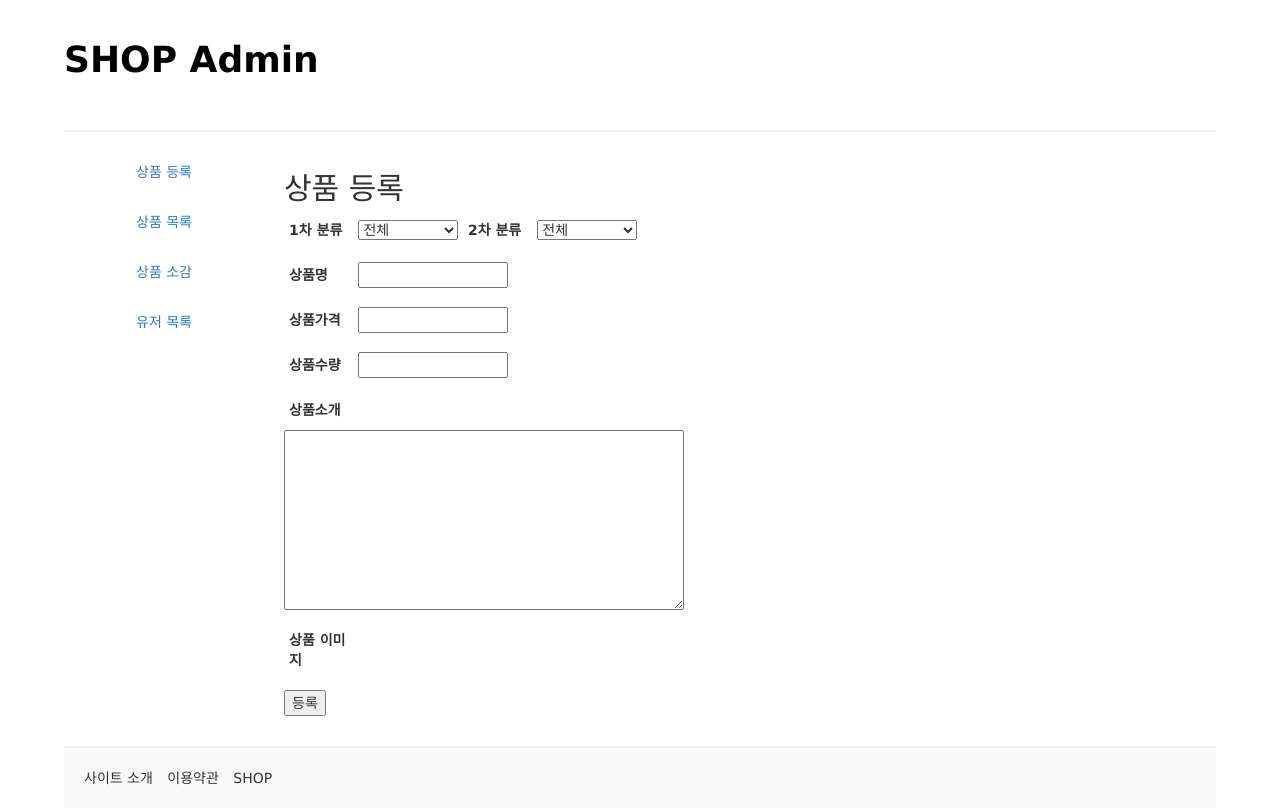
Repository: leesoonyong/shopping-mall
Page: http://localhost/shop/WEB-INF/views/admin/goods/register.jsp
An editor plug-in stored every save of this project. The page is shown before and after the next save, followed by the edit.
The browser window is 1280 px wide. The pictures show the whole page.
The page is served by Tomcat 9. Nobody is signed in. Other server files are loaded and not shown. The template is opened directly, without the code that normally fills it, so the values that code supplies are empty.

Above is the page before, as saved 2020-09-13 03:12:30.
Console error (its wording comes from the project's code and is left out).

### shop/src/main/webapp/WEB-INF/views/admin/goods/register.jsp
<%@ taglib uri="http://java.sun.com/jsp/jstl/core" prefix="c" %>
<%@ page language="java" contentType="text/html; charset=UTF-8" pageEncoding="UTF-8"%>
<!DOCTYPE html>
<html>
<head>
<meta charset="UTF-8">
<script src='https://code.jquery.com/jquery-3.3.1.min.js'></script>
<link rel="stylesheet" href="/resources/bootstrap/css/bootstrap.min.css">
<link rel="stylesheet" href="/resources/bootstrap/css/bootstrap-theme.min.css">
<script src="/resources/bootstrap/js/bootstrap.min.js"></script>
<script src="https://maxcdn.bootstrapcdn.com/bootstrap/3.3.2/js/bootstrap.min.js"></script>
<style>
body {
	font-family: '맑은 고딕', verdana;
	padding: 0;
	margin: 0;
}

ul {
	padding: 0;
	margin: 0;
	list-style: none;
}

div#root {
	width: 90%;
	margin: 0 auto;
}

header#header {
	font-size: 60px;
	padding: 20px 0;
}

header#header h1 a {
	color: #000;
	font-weight: bold;
}

nav#nav {
	padding: 10px;
	text-align: right;
}

nav#nav ul li {
	display: inline-block;
	margin-left: 10px;
}

section#container {
	padding: 20px 0;
	border-top: 2px solid #eee;
	border-bottom: 2px solid #eee;
}

section#container::after {
	content: "";
	display: block;
	clear: both;
}

aside {
	float: left;
	width: 200px;
}

div#container_box {
	float: right;
	width: calc(100% - 200px - 20px);
}

aside ul li {
	text-align: center;
	margin-bottom: 10px;
}

aside ul li a {
	display: block;
	width: 100%;
	padding: 10px 0;
	text-align: center;
	margin-bottom: 10px;
}

aside ul li a:hover {
	background: #eee;
}

footer#footer {
	background: #f9f9f9;
	padding: 20px;
}

footer#footer ul li {
	display: inline-block;
	margin-right: 10px;
}

.inputArea {
	margin: 10px 0;
}

select {
	width: 100px;
}

label {
	display: inline-block;
	width: 70px;
	padding: 5px;
}

label[for='gdsDes'] {
	display: block;
}

input {
	width: 150px;
}

textarea#gdsDes {
	width: 400px;
	height: 180px;
}
</style>
</head>
<body>
<div id="root">
	<header id="header">
		<div id="header_box">
			<%@ include file="../include/header.jsp" %>
		</div>
	</header>

	<nav id="nav">
		<div id="nav_box">
			<%@ include file="../include/nav.jsp" %>
		</div>
	</nav>

	<section id="container">
		<aside>
			<%@ include file="../include/aside.jsp" %>
		</aside>
		<div id="container_box">
			<h2>상품 등록</h2>
			<form method="post">
				<div class="inputArea">
					<label>1차 분류</label>
					<select class="category1">
						<option value="">전체</option>
					</select>

					<label>2차 분류</label>
					<select class="category2" name="cateCode">
						<option value="">전체</option>
					</select>
				</div>

				<div class="inputArea">
					<label for="gdsName">상품명</label>
					<input type="text" id="gdsName" name="gdsName"/>
				</div>
				<div class="inputArea">
					<label for="gdsPrice">상품가격</label>
					<input type="text" id="gdsPrice" name="gdsPrice"/>
				</div>
				<div class="inputArea">
					<label for="gdsStock">상품수량</label>
					<input type="text" id="gdsStock" name="gdsStock"/>
				</div>
				<div class="inputArea">
					<label for="gdsDes">상품소개</label>
					<textarea rows="5" cols="50" id="gdsDes" name="gdsDes"></textarea>
				</div>
				<div class="inputArea">
					<label for="gdsImg">상품 이미지</label>
				</div>
				<div class="inputArea">
					<button type="submit" id="register_Btn">등록</button>
				</div>
			</form>
		</div>
	</section>

	<footer id="footer">
		<div id="footer_box">
			<%@ include file="../include/footer.jsp" %>
		</div>
	</footer>
</div>
<script>
//컨트롤러에서 데이터 받기
var jsonData = JSON.parse('${category}');
console.log(jsonData);

var cate1Arr = new Array();
var cate10bj = new Object();


//1차 분류 셀렉트 박스에 삽입할 데이터
for(var i = 0; i< jsonData.length; i++){
	if(jsonData[i].level == "1"){
		cate10bj = new Object();
		cate10bj.cateCode = jsonData[i].cateCode;
		cate10bj.cateName = jsonData[i].cateName;
		cate1Arr.push(cate10bj);
	}
}
//1차 분류 셀렉트 박스에 데이터삽입
var cate1Select = $("select.category1")

for(var i = 0; i < cate1Arr.length; i++) {
 cate1Select.append("<option value='" + cate1Arr[i].cateCode + "'>"
      + cate1Arr[i].cateName + "</option>");
}

$(document).on("change","select.category1",function(){
	var cate2Arr = new Array();
	var cate2Obj = new Object();

	//2차 분류 셀렉트 박스에 삽입할 데이터 준비
	for(var i = 0; i < jsonData.length; i++){
		if(jsonData[i].level == "2"){
			cate2Obj = new Object();
			cate2Obj.cateCode = jsonData[i].cateCode;
			cate2Obj.cateName = jsonData[i].cateName;
			cate2Obj.cateCodeRef = jsonData[i].cateCodeRef;

			cate2Arr.push(cate2Obj);
		}
	}

	var cate2Select = $("select.category2")
	/*
	for(var i = 0; i < cate2Arr.length; i++){
		cate2Select.append("<option value='" + cate2Arr[i].cateCode + "'>"
							+ cate2Arr[i].cateName + "</option>");
	}
	*/
	cate2Select.children().remove();
	$("option:selected", this).each(function(){
		var selectVal = $(this).val();
		cate2Select.append("<option value='"+ selectVal +"'>전체</option>");

		for(var i = 0; i < cate2Arr.length; i++){
			if(selectVal == cate2Arr[i].cateCodeRef){
				cate2Select.append("<option value='" + cate2Arr[i].cateCode + "'>"
									+ cate2Arr[i].cateName + "</option>");
			}
		}
	})
});

</script>
</body>
</html>

### shop/src/main/webapp/WEB-INF/views/admin/include/header.jsp
<%@ taglib uri="http://java.sun.com/jsp/jstl/core" prefix="c" %>
<%@ page language="java" contentType="text/html; charset=UTF-8" pageEncoding="UTF-8"%>
<h1 class="title">
	<a href="/admin/index">SHOP Admin</a>
</h1>

### shop/src/main/webapp/WEB-INF/views/admin/include/nav.jsp
<%@ taglib uri="http://java.sun.com/jsp/jstl/core" prefix="c" %>
<%@ page language="java" contentType="text/html; charset=UTF-8" pageEncoding="UTF-8"%>
<ul>
<c:if test="${member != null}">
	<li>
		<a href="/">일반화면</a>
	</li>
	<li>
		<a href="/member/signOut">로그아웃</a>
	</li>
</c:if>
</ul>

### shop/src/main/webapp/WEB-INF/views/admin/include/aside.jsp
<%@ taglib uri="http://java.sun.com/jsp/jstl/core" prefix="c" %>
<%@ page language="java" contentType="text/html; charset=UTF-8" pageEncoding="UTF-8"%>
<ul>
	<li><a href="/admin/goods/register">상품 등록</a></li>
	<li><a href="/admin/goods/list">상품 목록</a></li>
	<li><a href="">상품 소감</a></li>
	<li><a href="">유저 목록</a></li>
</ul>

### shop/src/main/webapp/WEB-INF/views/admin/include/footer.jsp
<%@ taglib uri="http://java.sun.com/jsp/jstl/core" prefix="c" %>
<%@ page language="java" contentType="text/html; charset=UTF-8" pageEncoding="UTF-8"%>
<ul>
	<li>사이트 소개</li>
	<li>이용약관</li>
	<li>SHOP</li>
</ul>

Loaded but not shown: shop/src/main/webapp/resources/bootstrap/css/bootstrap.min.css (library); shop/src/main/webapp/resources/bootstrap/css/bootstrap-theme.min.css (library); shop/src/main/webapp/resources/bootstrap/js/bootstrap.min.js (library)

After the next save:
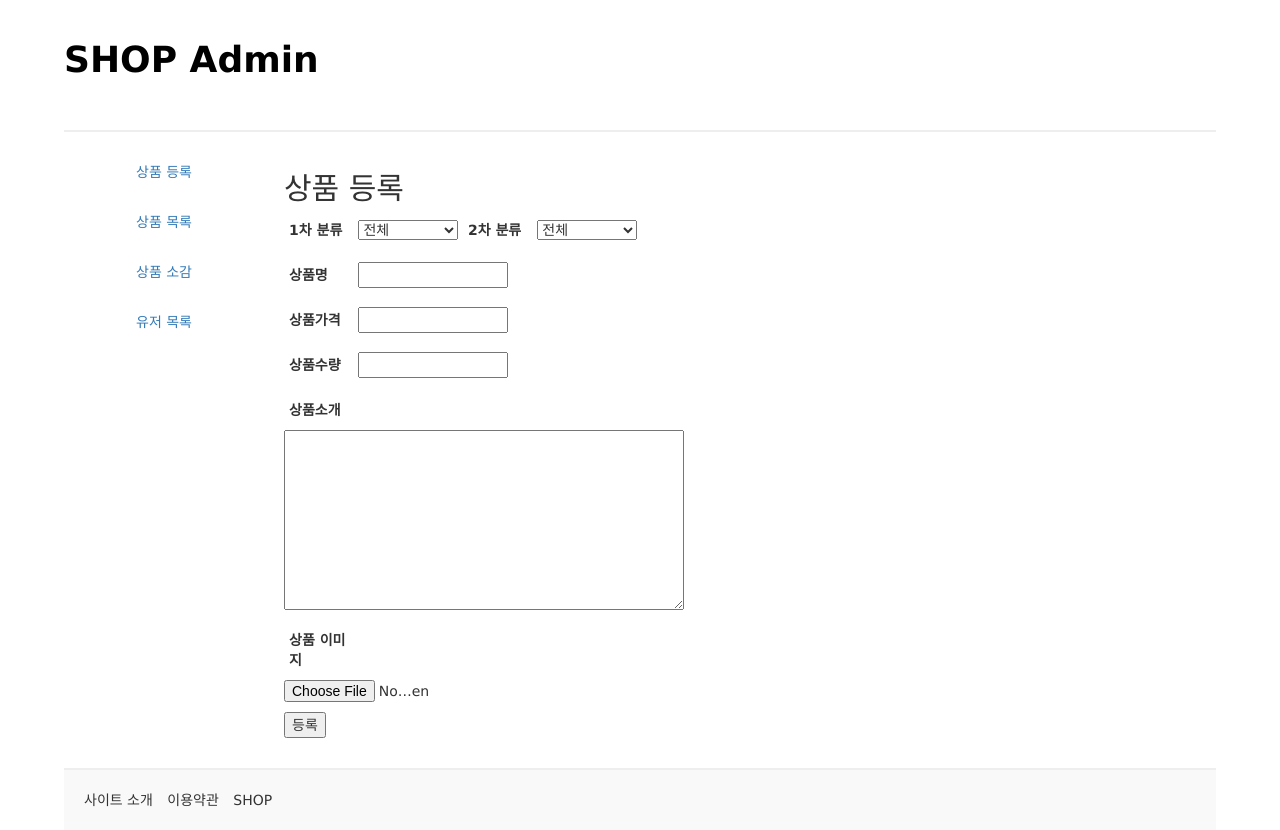
Saved 35 s later.
--- a/shop/src/main/webapp/WEB-INF/views/admin/goods/register.jsp
+++ b/shop/src/main/webapp/WEB-INF/views/admin/goods/register.jsp
@@ -175,6 +175,8 @@
 				</div>
 				<div class="inputArea">
 					<label for="gdsImg">상품 이미지</label>
+					<input type="file" id="gdsImg" name="file"/>
+					<div class="select_img"></div>
 				</div>
 				<div class="inputArea">
 					<button type="submit" id="register_Btn">등록</button>
